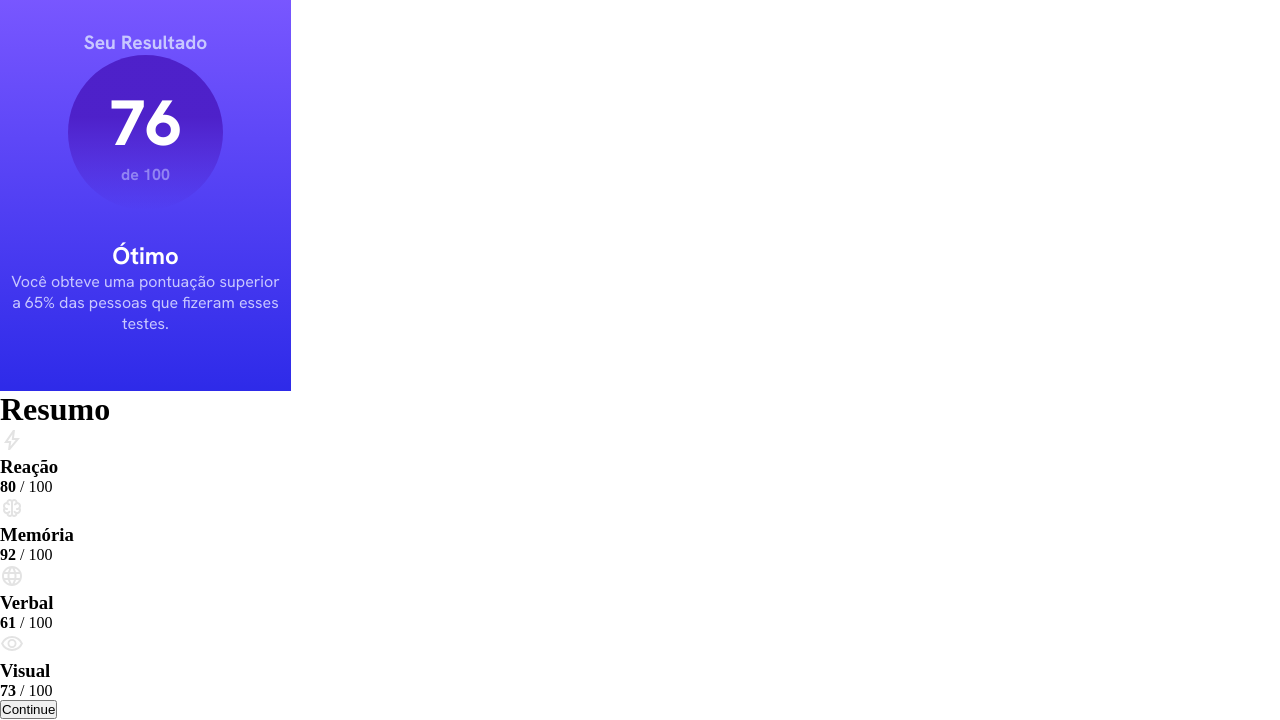
Repository: caique2512/resumo-de-resultados
Page: index.html
These files come from the project's save history. The page is drawn as it stood at one moment and after the next save; the edit follows.
The browser window is 1280 px wide. The pictures show the whole page.

Above is the page before, as saved 2026-03-09 17:03:37.

### index.html
<!DOCTYPE html>
<html lang="pt-br">
<head>
    <meta charset="UTF-8">
    <meta name="viewport" content="width=device-width, initial-scale=1.0">
    <title>Resumo de Resultados</title>
    <link rel="stylesheet" href="src/css/estilos.css">
    <link rel="stylesheet" href="src/css/reset.css">
</head>
<body>
    <main class="conteudo">
        <div class="principal">
            <h1 class="titulo">Seu Resultado</h1>
            <div class="circulo">
                <h2>76</h2>
                <p>de 100</p>
            </div>
            <h2 class="resultado">Ótimo</h2>
            <p class="subtitle">Você obteve uma pontuação superior a 65% das pessoas que fizeram esses testes.</p>
        </div>
        <div>
            <h1 class="titulo1">Resumo</h1>
            <div class="classes">
                <div class="resumo1">
                    <img src="./src/images/raio.svg" alt="Raio">
                    <h3>Reação</h3>
                    <p><strong>80</strong> / 100</p>
                </div>
                <div class="resumo2">
                    <img src="./src/images/memoria.svg" alt="Memória">
                    <h3>Memória</h3>
                    <p><strong>92</strong> / 100</p>
                </div>
                <div class="resumo3">
                    <img src="./src/images/mensagem.svg" alt="Mensagem">
                    <h3>Verbal</h3>
                    <p><strong>61</strong> / 100</p>
                </div>
                <div class="resumo4">
                    <img src="./src/images/olho.svg" alt="olho">
                    <h3>Visual</h3>
                    <p><strong>73</strong> / 100</p>
                </div>
            </div>
            <button class="btn-resumo">Continue</button>
        </div>
    </main>
</body>
</html>

### src/css/estilos.css
@import url('https://fonts.googleapis.com/css2?family=Hanken+Grotesk:ital,wght@0,100..900;1,100..900&display=swap');


.principal {
    background: linear-gradient(hsl(252, 100%, 67%), hsl(241, 81%, 54%));
    width: 291px;
    height: 391px;
    display: flex;
    flex-direction: column;
    align-items: center;
}

.titulo {
    color: hsl(241, 100%, 89%);
    font-family: "Hanken Grotesk";
    margin-top: 30px;
    font-size: 1.2rem;
}

.circulo {
    background: linear-gradient(hsla(256, 72%, 46%, 1) 40%, hsla(241, 72%, 46%, 0));
    width: 155px;
    height: 155px;
    border-radius: 50%;
    display: flex;
    align-items: center;
    justify-content: center;
    flex-direction: column;
    margin-top: ;
}

.circulo h2 {
    font-size: 4rem;
    font-family: "Hanken Grotesk";
    font-weight: 800;
    color: hsl(0, 0%, 100%);
}

.circulo p {
    color: hsla(241, 100%, 89%, 0.538);
    font-family: "Hanken Grotesk";
    font-weight: 700;
}

.principal .resultado {
    color: white;
    font-family: "Hanken Grotesk";
    margin-top: 30px;

}

.principal .subtitle {
    color: hsl(241, 100%, 89%);
    font-family: "Hanken Grotesk";
    width: 270px;
    display: flex;
    text-align: center;
    margin-bottom: 50px;
}

Loaded but not shown: src/css/reset.css (common file)

After the next save:
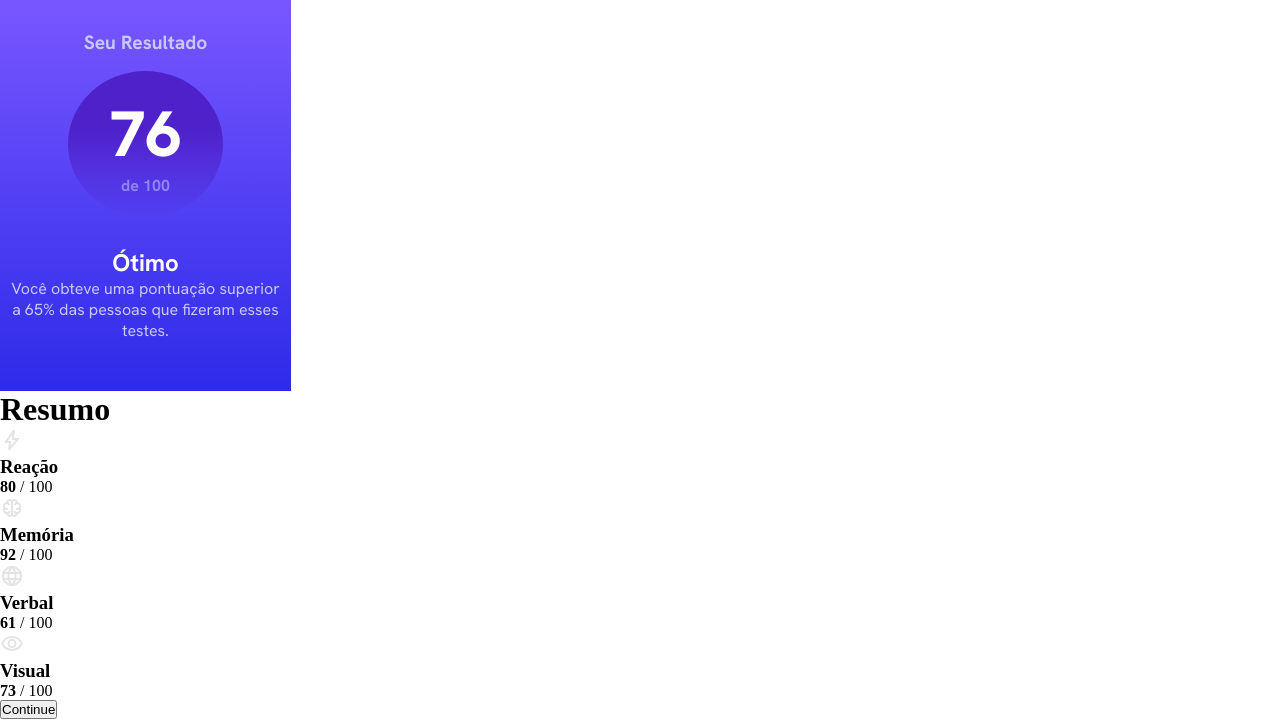
Saved 7 s later.
--- a/src/css/estilos.css
+++ b/src/css/estilos.css
@@ -26,7 +26,7 @@
     align-items: center;
     justify-content: center;
     flex-direction: column;
-    margin-top: ;
+    margin-top: 1rem;
 }
 
 .circulo h2 {
